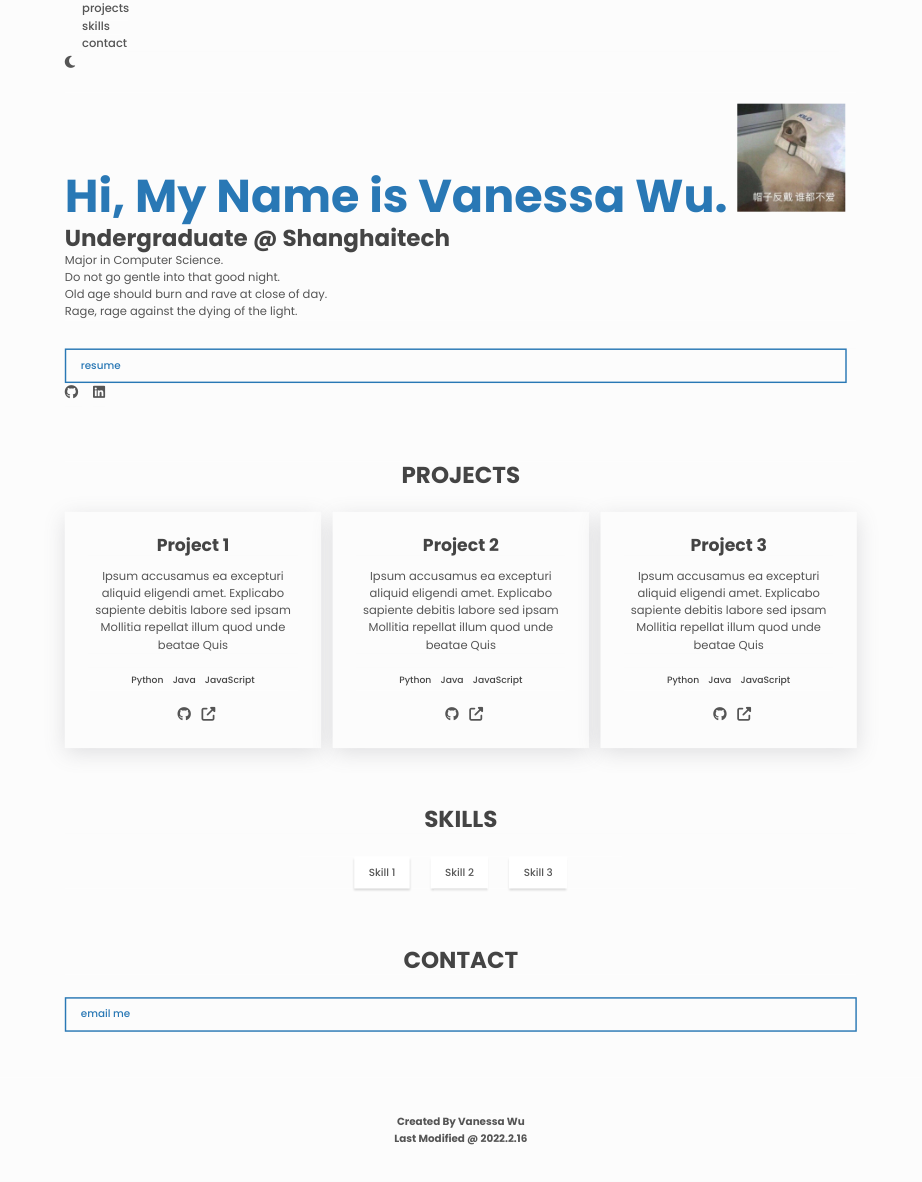
Repository: indiansummer1022/Cubstart
Page: Web Track/hw1/index.html
The author's editor kept a copy of each file at every save. The page is drawn from the files as they stood at one save, then again after a run of saves.
The browser window is 1280 px wide. The pictures show the whole page, at 72% of full size.
Some web libraries are served in a nearby version.

Above is the page before, as saved 2022-02-16 00:39:57.

After the next 2 saves:
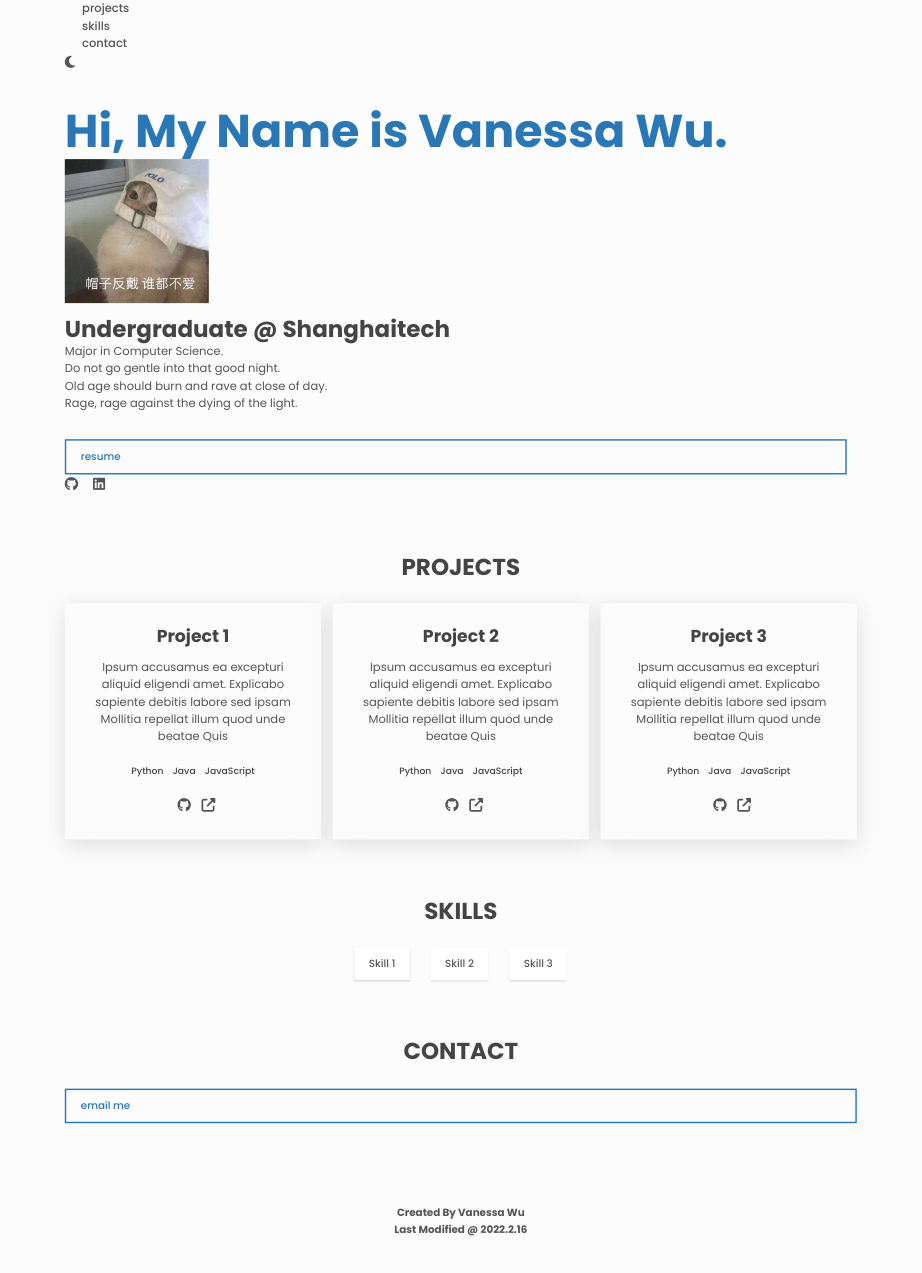
The 2 saves are shown as one change because they came seconds apart.
The last was saved 14 s later.
--- a/Web Track/hw1/styles.css
+++ b/Web Track/hw1/styles.css
@@ -278,7 +278,8 @@ main {
 }
 
 .about__photo{
-  width: 150px;
+  width: 200px;
+
 }
 
 .about__desc {
